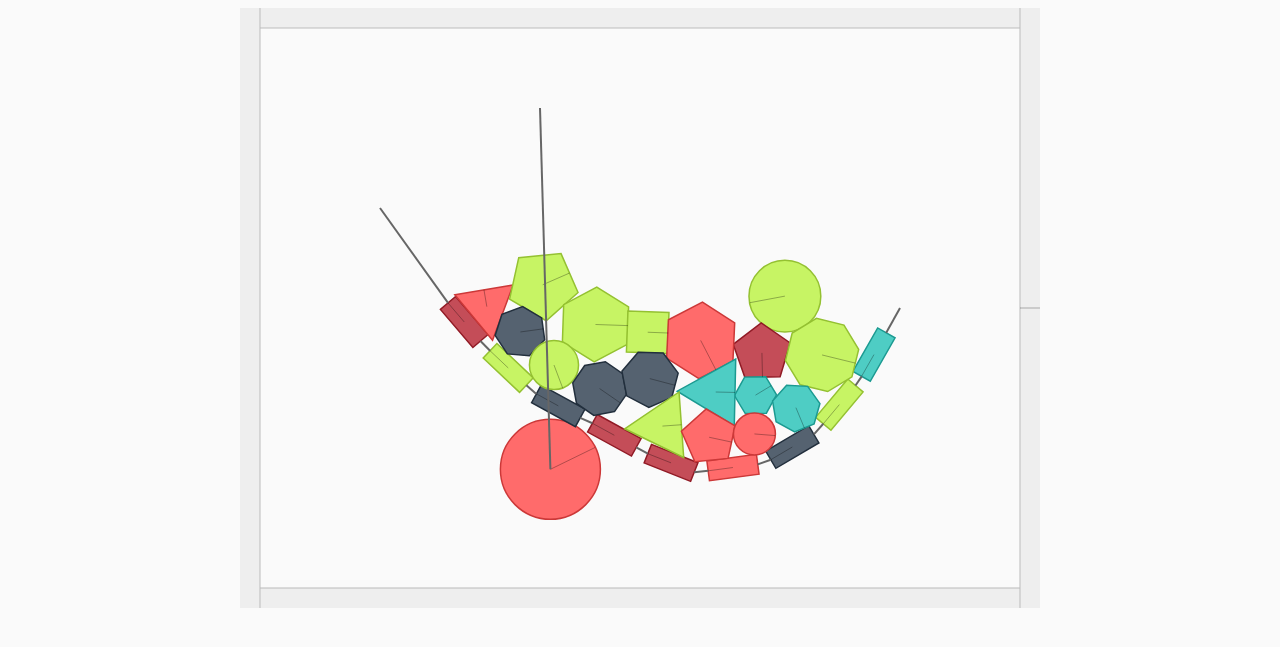
Repository: WebRTCGame/Kinematics-Character
Page: bf.html
The author's editor kept a record of every edit. The page is drawn from the files as they stood at one moment, then again after the next edit.
The browser window is 1280 px wide. The pictures show the whole page.

Above is the page before.

After the next edit:
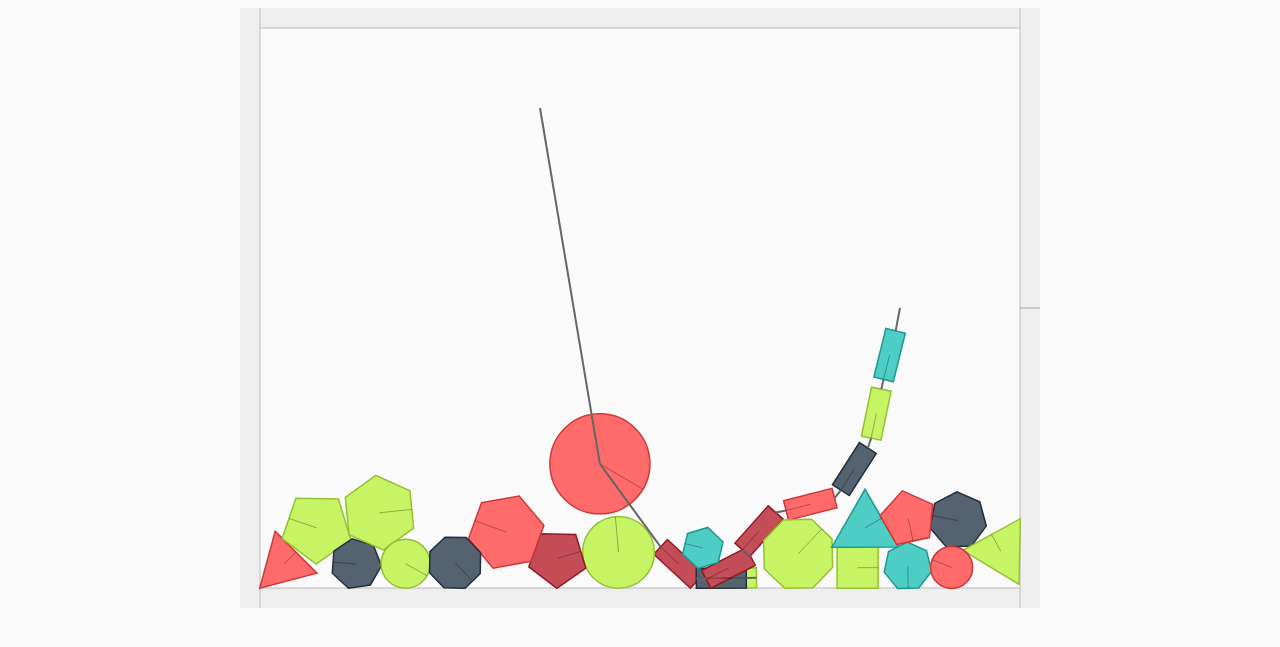
The edit:
--- a/bf.html
+++ b/bf.html
@@ -85,7 +85,7 @@
 
   //Bodies.rectangle(80, 440, 120, 280, { isStatic: true }),
   //Bodies.rectangle(720, 440, 120, 280, { isStatic: false }),
-  Constraint.create({ pointA: { x: 140, y: 200 }, bodyB: bridge.bodies[0], pointB: { x: -25, y: 0 } }),
+  Constraint.create({ bodyA: ball, bodyB: bridge.bodies[0], pointB: { x: -25, y: 0 } }),
   Constraint.create({ pointA: { x: 660, y: 300 }, bodyB: bridge.bodies[8], pointB: { x: 25, y: 0 } }),
   stack
 ]);
